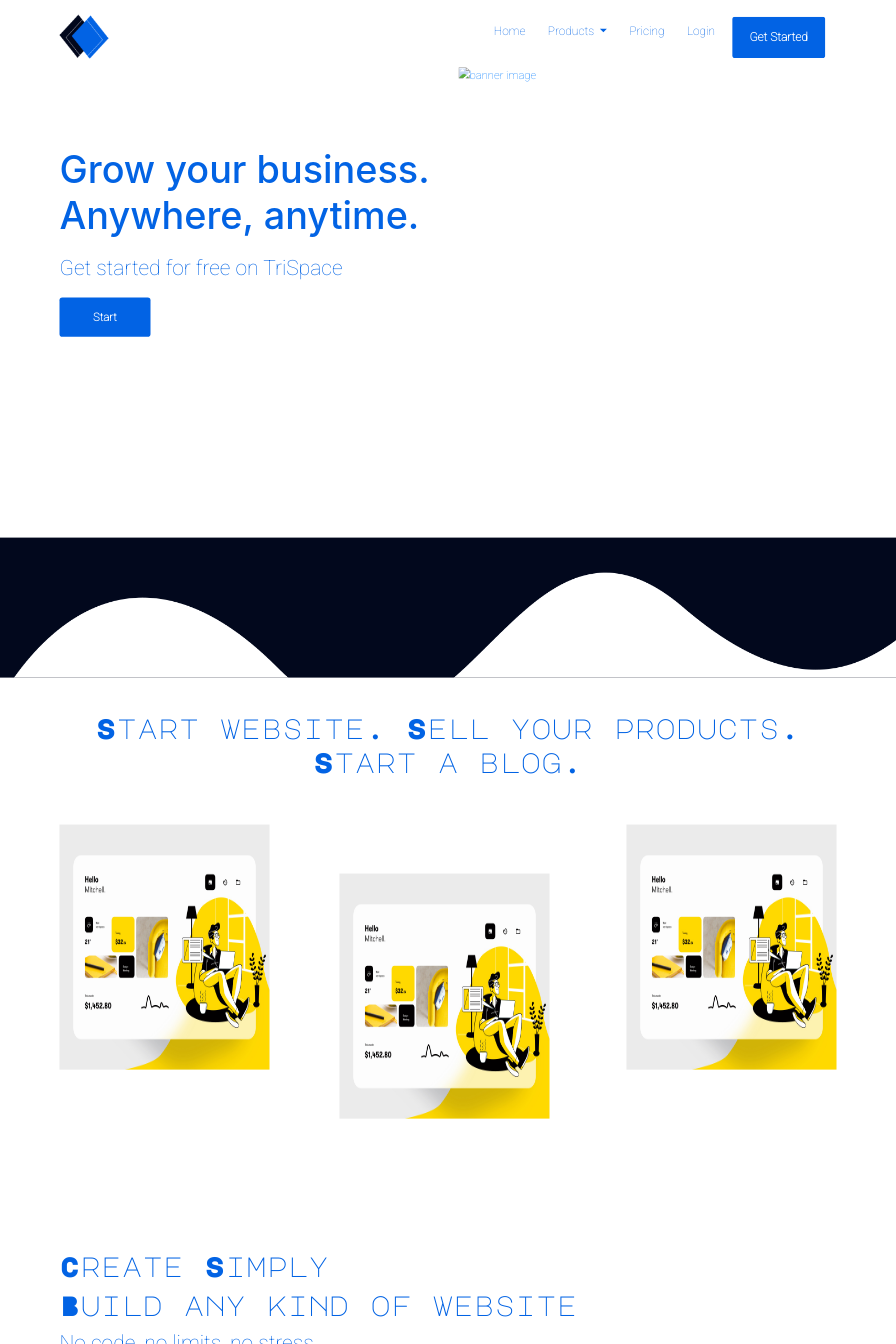
Repository: latenightsnacc/TriSpace
Page: HTML/index.html
These files come from the project's save history. The page is drawn as it stood at one moment and after the next save; the edit follows.
The browser window is 1280 px wide. The pictures show the part of the page from y = 0 to 1920 px (the page is 5330 px tall), at 70% of full size.
The style sheet was rebuilt from its Sass, Less or Tailwind sources for each picture, by a compiler version that may differ from the author's.

Above is the page before, as saved 2020-11-12 10:50:06.

After the next save:
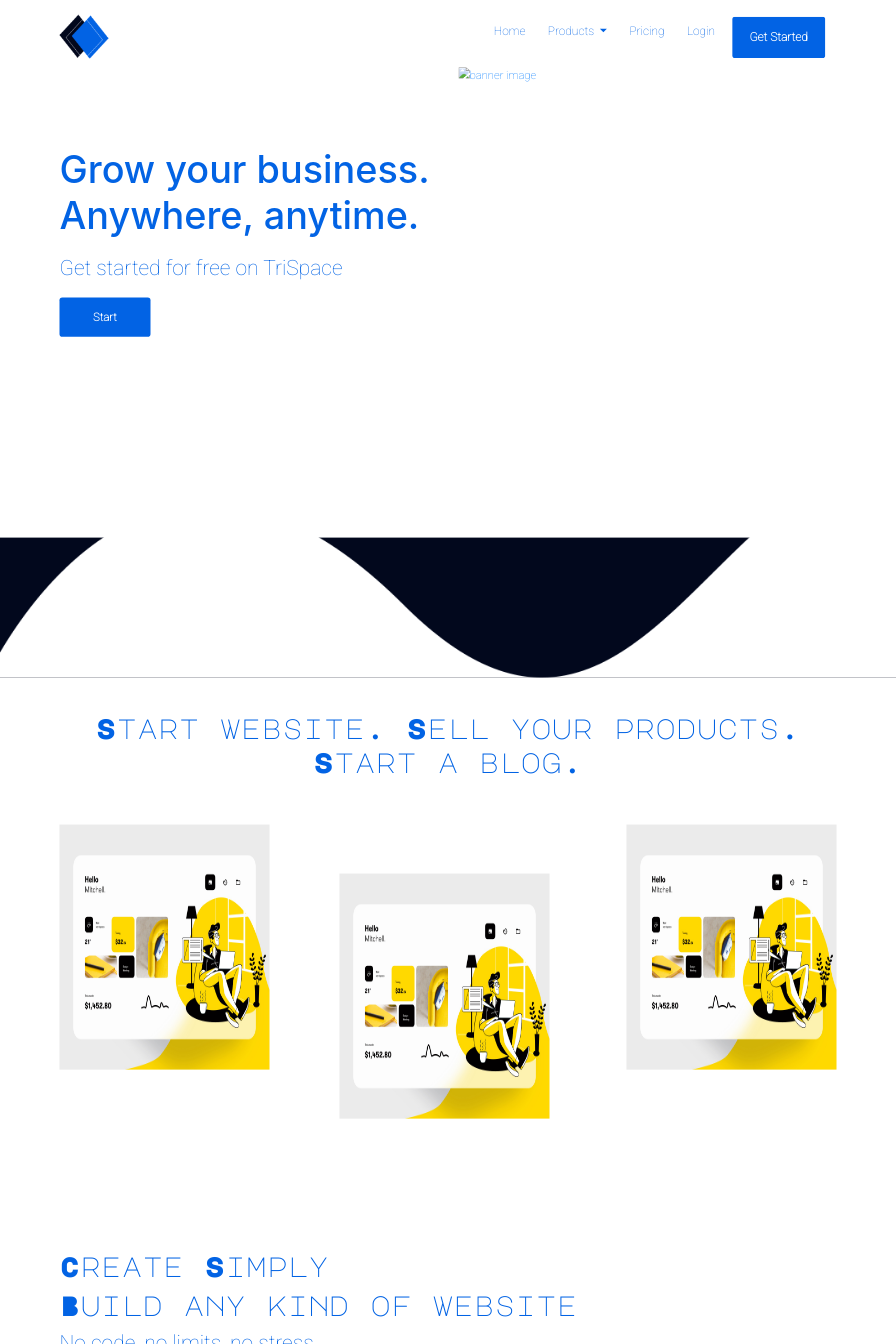
Saved 24 s later.
--- a/HTML/styles/stylesheet.scss
+++ b/HTML/styles/stylesheet.scss
@@ -175,7 +175,7 @@ section.wave {
         bottom: 0;
         left: 0;
         width: 100%;
-        height: 150px;
+        height: 300px;
         background: url('/HTML/assets/wave.png') ;
         background-size: cover;
     }
